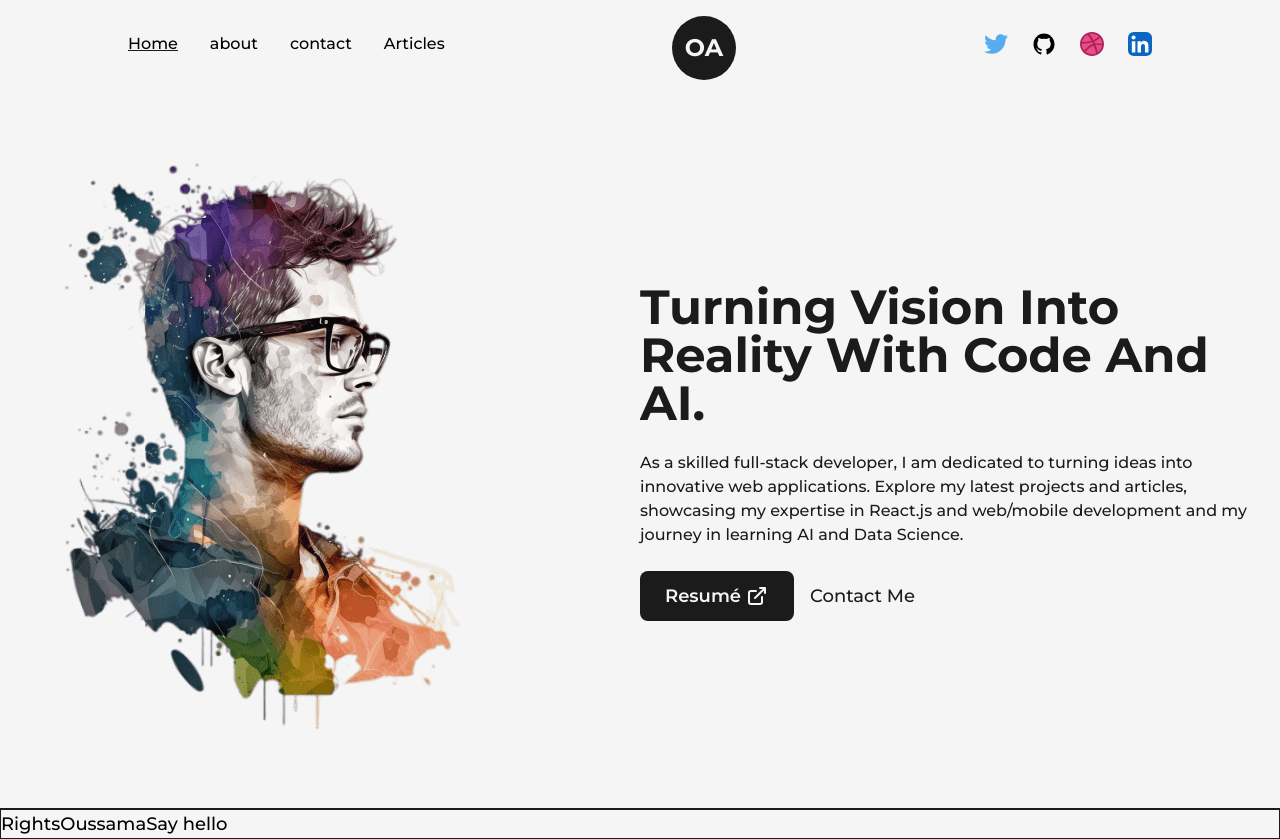
Repository: OussamaAbderraoufAttia/Next.js-Developer-Portfolio
Page: /
The author's editor kept a copy of each file at every save. The page is drawn from the files as they stood at one save, then again after the next save.
The browser window is 1280 px wide. The pictures show the whole page.
The project was rebuilt for these pictures with package versions that can differ from the ones it lists, and the page was loaded fresh each time. The framework's server and built-in components were replaced by stand-ins that run in the browser. Also part of the build but not shown: next.config.js.

Above is the page before, as saved 2023-06-25 00:23:14.

After the next save:
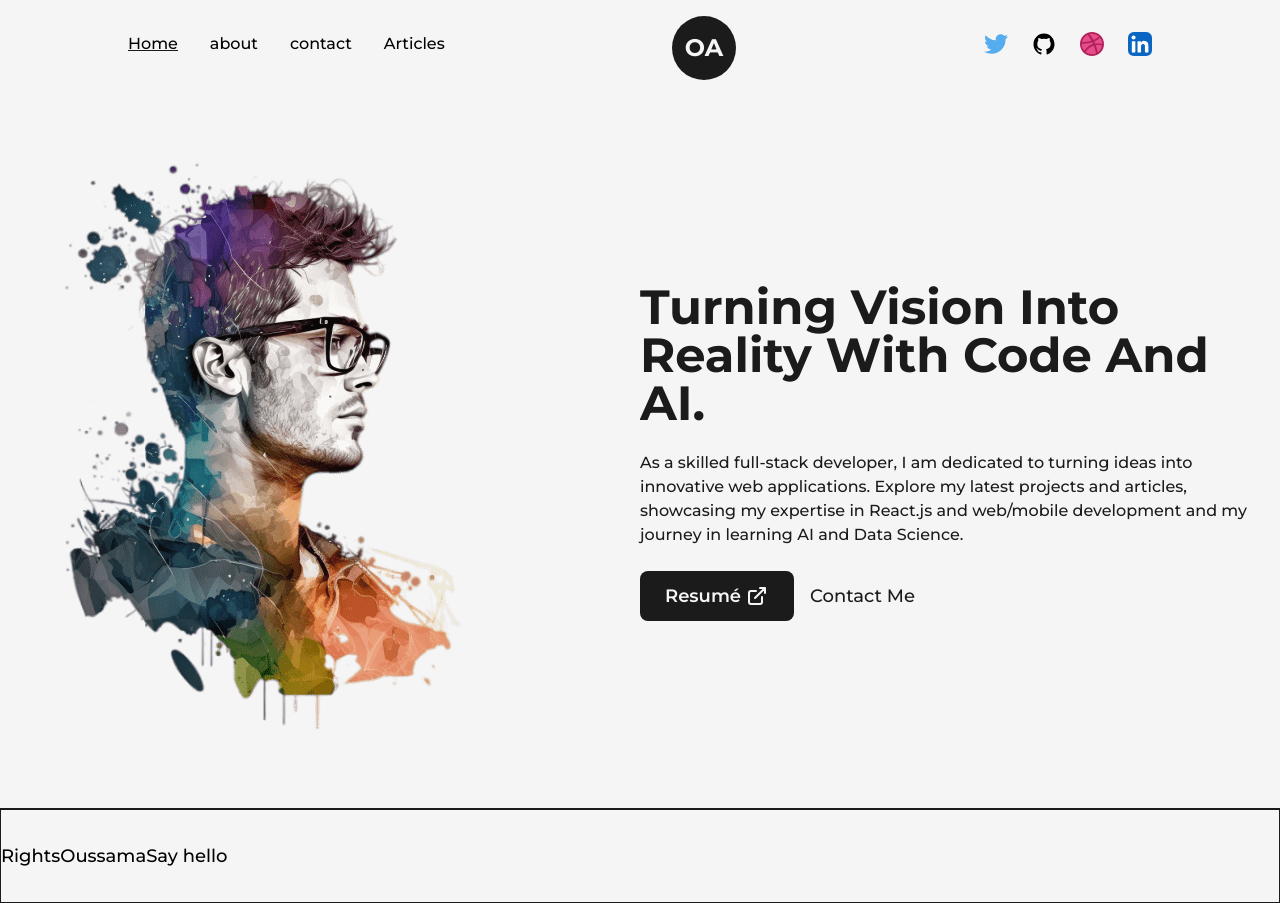
Saved 27 s later.
--- a/src/components/Footer.js
+++ b/src/components/Footer.js
@@ -8,7 +8,7 @@
       <footer className='w-full border-t-2 border border-solid  border-dark
       font-medium text-lg
       '>
-        <Layout className='!mt-0'>
+        <Layout className='!mt-0  py-8 flex items-center xjustify-between '>
         <span>
             Rights
         </span>
